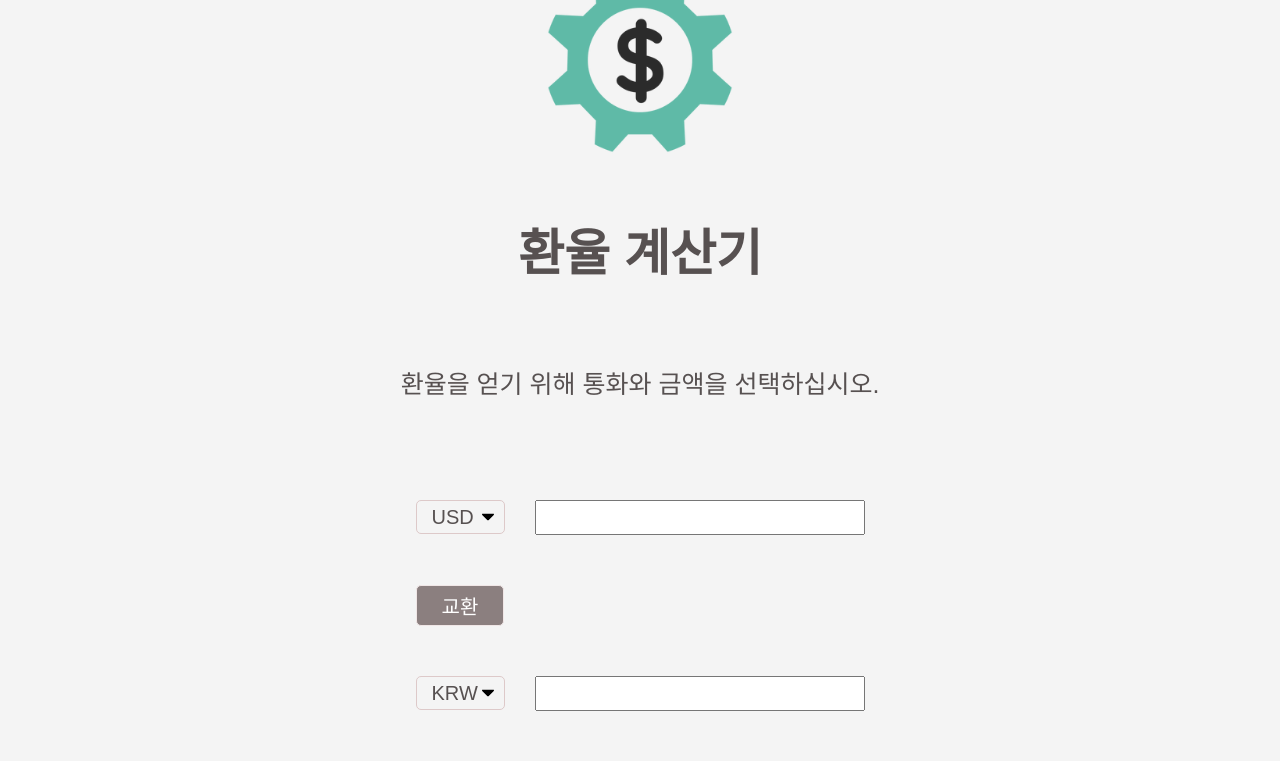
Repository: AbrorjonKuchkarov/exchange-rate
Page: index.html
The author's editor kept a copy of each file at every save. The page is drawn from the files as they stood at one save, then again after the next save.
The browser window is 1280 px wide. The pictures show the whole page.

Above is the page before, as saved 2022-02-24 01:47:22.

### index.html
<!DOCTYPE html>
<html lang="en">
<head>
   <meta charset="UTF-8">
   <meta http-equiv="X-UA-Compatible" content="IE=edge">
   <meta name="viewport" content="width=device-width, initial-scale=1.0">
<link rel="stylesheet" href="style.css">
   <title>환율</title>
</head>
<body>
   <img src="img/money.png" alt="">
   <h1>환율 계산기 </h1>
   <p>환율을 얻기 위해 통화와 금액을 선택하십시오.</p>

   <div class="container">
      <div class="currency">
         <select id="selectOne">
            <option value="AED">AED</option>
            <option value="ARS">ARS</option>
            <option value="AUD">AUD</option>
            <option value="BGN">BGN</option>
            <option value="BRL">BRL</option>
            <option value="BSD">BSD</option>
            <option value="CAD">CAD</option>
            <option value="CHF">CHF</option>
            <option value="CLP">CLP</option>
            <option value="CNY">CNY</option>
            <option value="COP">COP</option>
            <option value="CZK">CZK</option>
            <option value="DKK">DKK</option>
            <option value="DOP">DOP</option>
            <option value="EGP">EGP</option>
            <option value="EUR">EUR</option>
            <option value="FJD">FJD</option>
            <option value="GBP">GBP</option>
            <option value="GTQ">GTQ</option>
            <option value="HKD">HKD</option>
            <option value="HRK">HRK</option>
            <option value="HUF">HUF</option>
            <option value="IDR">IDR</option>
            <option value="ILS">ILS</option>
            <option value="INR">INR</option>
            <option value="ISK">ISK</option>
            <option value="JPY">JPY</option>
            <option value="KRW">KRW</option>
            <option value="KZT">KZT</option>
            <option value="MXN">MXN</option>
            <option value="MYR">MYR</option>
            <option value="NOK">NOK</option>
            <option value="NZD">NZD</option>
            <option value="PAB">PAB</option>
            <option value="PEN">PEN</option>
            <option value="PHP">PHP</option>
            <option value="PKR">PKR</option>
            <option value="PLN">PLN</option>
            <option value="PYG">PYG</option>
            <option value="RON">RON</option>
            <option value="RUB">RUB</option>
            <option value="SAR">SAR</option>
            <option value="SEK">SEK</option>
            <option value="SGD">SGD</option>
            <option value="THB">THB</option>
            <option value="TRY">TRY</option>
            <option value="TWD">TWD</option>
            <option value="UAH">UAH</option>
            <option value="USD" selected>USD</option>
            <option value="UYU">UYU</option>
            <option value="VND">VND</option>
            <option value="ZAR">ZAR</option>
         </select>
         <input type="number" class="inputOne" >
      </div>

      <div class="swap">
         <button class="btn">교환</button>
         <div class="rate"></div>
      </div>

      <div class="currency">
         <select id="selectTwo">
         <option value="AED">AED</option>
         <option value="ARS">ARS</option>
         <option value="AUD">AUD</option>
         <option value="BGN">BGN</option>
         <option value="BRL">BRL</option>
         <option value="BSD">BSD</option>
         <option value="CAD">CAD</option>
         <option value="CHF">CHF</option>
         <option value="CLP">CLP</option>
         <option value="CNY">CNY</option>
         <option value="COP">COP</option>
         <option value="CZK">CZK</option>
         <option value="DKK">DKK</option>
         <option value="DOP">DOP</option>
         <option value="EGP">EGP</option>
         <option value="EUR">EUR</option>
         <option value="FJD">FJD</option>
         <option value="GBP">GBP</option>
         <option value="GTQ">GTQ</option>
         <option value="HKD">HKD</option>
         <option value="HRK">HRK</option>
         <option value="HUF">HUF</option>
         <option value="IDR">IDR</option>
         <option value="ILS">ILS</option>
         <option value="INR">INR</option>
         <option value="ISK">ISK</option>
         <option value="JPY">JPY</option>
         <option value="KRW" selected>KRW</option>
         <option value="KZT">KZT</option>
         <option value="MXN">MXN</option>
         <option value="MYR">MYR</option>
         <option value="NOK">NOK</option>
         <option value="NZD">NZD</option>
         <option value="PAB">PAB</option>
         <option value="PEN">PEN</option>
         <option value="PHP">PHP</option>
         <option value="PKR">PKR</option>
         <option value="PLN">PLN</option>
         <option value="PYG">PYG</option>
         <option value="RON">RON</option>
         <option value="RUB">RUB</option>
         <option value="SAR">SAR</option>
         <option value="SEK">SEK</option>
         <option value="SGD">SGD</option>
         <option value="THB">THB</option>
         <option value="TRY">TRY</option>
         <option value="TWD">TWD</option>
         <option value="UAH">UAH</option>
         <option value="USD">USD</option>
         <option value="UYU">UYU</option>
         <option value="VND">VND</option>
         <option value="ZAR">ZAR</option>
      </select>
      <input type="number" class="inputTwo" >
      </div>
   </div>




   <script src="app.js"></script>
</body>
</html>

### style.css
*{
   box-sizing: border-box;
}

body {
   font-family: Arial, Helvetica, sans-serif;
   margin: 0;
   display: flex;
   flex-direction: column;
   align-items: center;
   justify-content: center;
   height: 100vh;
   background-color: #f4f4f4;
   padding: 10px;

}

img {
   width: 200px;
}

h1{
   font-size: 50px;
   color: #575151;
   padding: 20px 0;
}

p{
   color: #575151;
   font-size: 25px;
   padding-bottom: 25px;
   text-align: center;
}

.btn{
   padding: 5px 25px;
   border-radius: 5px;
   border: 1px solid #f0e6e6;
   background-color: #8b7f7f;
   color: #fff;
   cursor: pointer;
   font-size: 20px;
}

.currency {
   margin: 30px 0;
   padding: 20px 0;
    display: flex;
   align-items: center;
   justify-content: space-between;
}

#selectOne,
#selectTwo{
   margin-right: 30px;
   font-size: 20px;
   color: #575151;
   padding: 5px 25px 5px 15px;
   outline: none;
   background-color: transparent;
   border: 1px solid #ddc9c9;
   border-radius: 5px;
   -moz-appearance: none;
   -webkit-appearance: none;
   appearance: none;
   background-image: url('data:[embedded picture, 475 characters]');
   background-position: right 10px top 50%, 0, 0;
   background-size: 12px auto, 100%;
   background-repeat: no-repeat;
}

input{
   font-size: 25px;
}

Loaded but not shown: app.js (no copy from this time; the picture is the same without it)

After the next save:
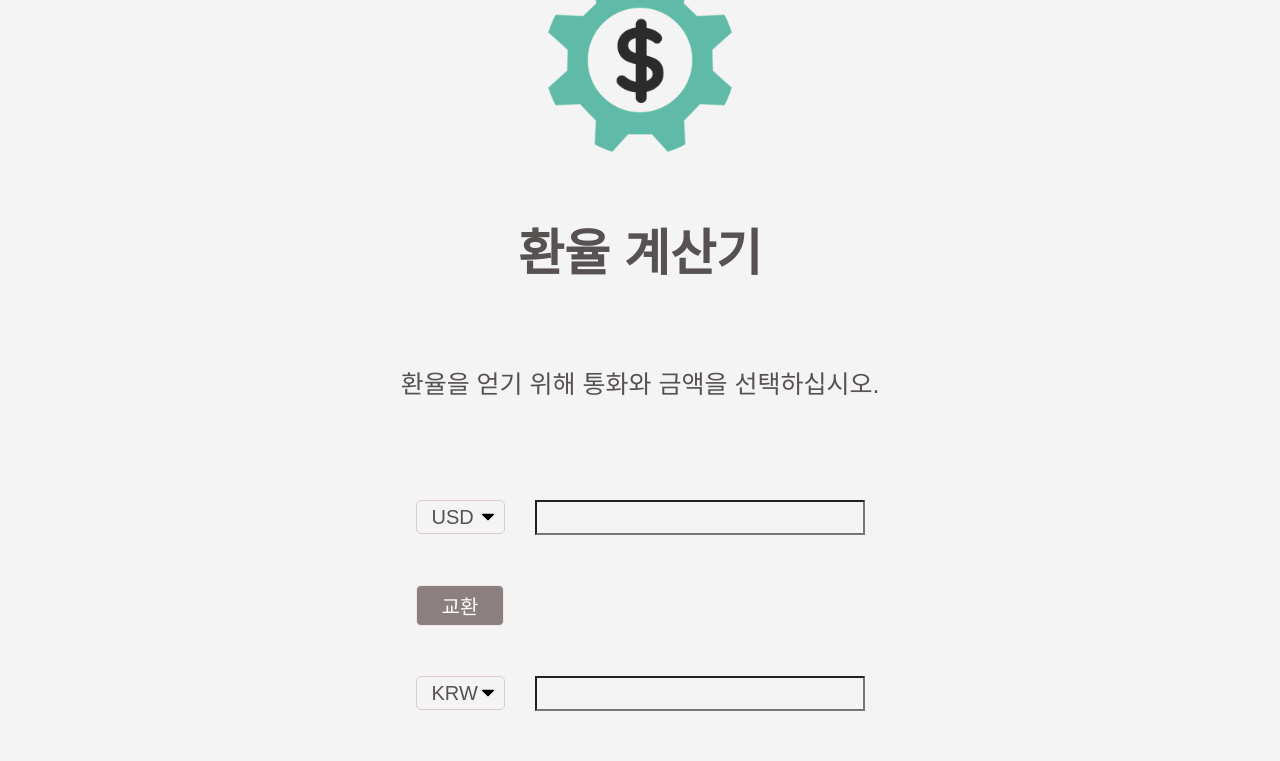
Saved 14 s later.
--- a/style.css
+++ b/style.css
@@ -71,4 +71,5 @@ p{
 
 input{
    font-size: 25px;
+   background-color: transparent;
 }
